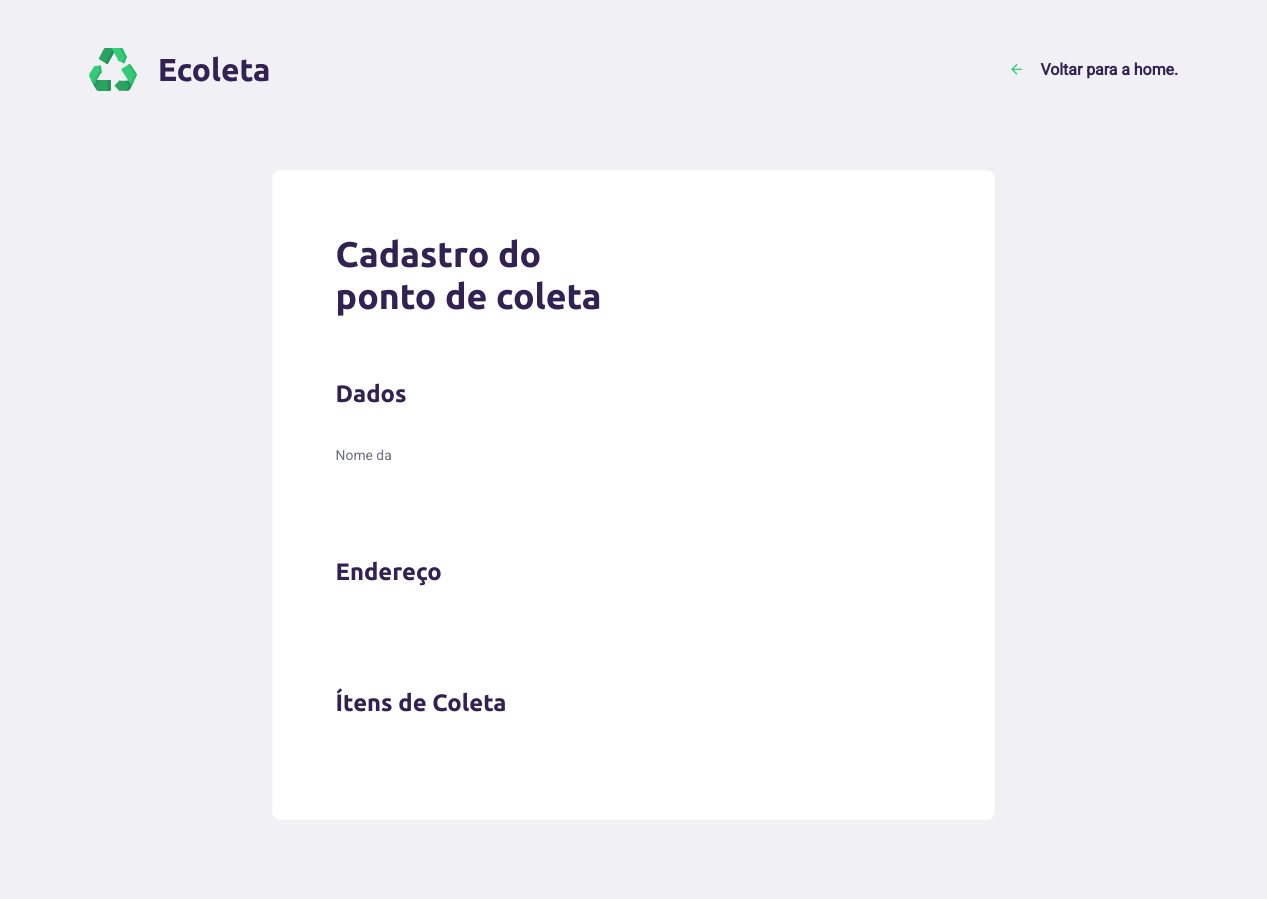
Repository: DavidSamerson/NLW_treinamento_2020
Page: /CreatePoint (app in webapp/)
These files come from the project's save history. The page is drawn as it stood at one moment and after the next save; the edit follows.
The browser window is 1280 px wide. The pictures show the whole page, at 99% of full size.
The project was rebuilt for these pictures with package versions that can differ from the ones it lists, and the page was loaded fresh each time. Also part of the build but not shown: webapp/src/pages/Home/styles.css, webapp/src/pages/Home/index.tsx.

Above is the page before, as saved 2020-06-16 15:19:33.

### webapp/public/index.html
<!DOCTYPE html>
<html lang="en">
  <head>
    <meta charset="utf-8" />
    <link rel="icon" href="%PUBLIC_URL%/favicon.ico" />
    <meta name="viewport" content="width=device-width, initial-scale=1" />
    <meta name="theme-color" content="#34CB79" />
    <link href="https://fonts.googleapis.com/css2?family=Roboto&family=Ubuntu:wght@700&display=swap" rel="stylesheet">
    <meta
      name="description"
      content="Web site created using create-react-app"
    />
    <link rel="apple-touch-icon" href="%PUBLIC_URL%/logo192.png" />
    <!--
      manifest.json provides metadata used when your web app is installed on a
      user's mobile device or desktop. See https://developers.google.com/web/fundamentals/web-app-manifest/
    -->
    <link rel="manifest" href="%PUBLIC_URL%/manifest.json" />
    <!--
      Notice the use of %PUBLIC_URL% in the tags above.
      It will be replaced with the URL of the `public` folder during the build.
      Only files inside the `public` folder can be referenced from the HTML.

      Unlike "/favicon.ico" or "favicon.ico", "%PUBLIC_URL%/favicon.ico" will
      work correctly both with client-side routing and a non-root public URL.
      Learn how to configure a non-root public URL by running `npm run build`.
    -->
    <title>React App</title>
  </head>
  <body>
    <noscript>You need to enable JavaScript to run this app.</noscript>
    <div id="root"></div>
    <!--
      This HTML file is a template.
      If you open it directly in the browser, you will see an empty page.

      You can add webfonts, meta tags, or analytics to this file.
      The build step will place the bundled scripts into the <body> tag.

      To begin the development, run `npm start` or `yarn start`.
      To create a production bundle, use `npm run build` or `yarn build`.
    -->
  </body>
</html>

### webapp/src/App.tsx
import React from 'react';
import './App.css';

import Home from './pages/Home';
import CreatePoint from './pages/CreatePoint';

import Routes from './routes';

//JSX -> sintaxe de xml dentro do javascript


function App() {

  return (
    <div>
        <Routes />
    </div>
  );
}

export default App;

//import React, {useState} from 'react';
//import Header from './header';


/*const [counter, setCounter] = useState(0); //[valor do estado / função para atualizar o valor do estado]
//Estado e Imutabilidade

function handleButton(){
    setCounter(counter + 1);
} */

// <Header title={`ECOLETA ${counter}`}/> -----> Passando variaveis via HTML

/*<Header title="ECOLETA 1"/>
        <Header title="ECOLETA 2"/>
        <Header title="ECOLETA 3"/>
        <Header title={`ECOLETA ${counter}`}/>

        <h1>{counter}</h1>
        <button type="button" onClick={handleButton}>Aumentar</button> */

### webapp/src/routes.tsx
import React from 'react';
import { Route, BrowserRouter } from 'react-router-dom';

import Home from './pages/Home';
import CreatePoint from './pages/CreatePoint';

const Routes = () => {
    return (
        <BrowserRouter>
            <Route component={Home} path="/" exact />
            <Route component={CreatePoint} path="/CreatePoint"/>
        </BrowserRouter>
    );
}
export default Routes;

### webapp/src/pages/CreatePoint/index.tsx
import React from 'react';
import './styles.css';
import logo from '../../assets/logo.svg';
import { Link } from 'react-router-dom';
import {FiArrowLeft} from 'react-icons/fi';

const CreatePoint = () => {
    return (
        <div id="page-create-point">
            <header>
                <img src={logo} alt="Ecoleta" />
                <Link to="/">
                    <FiArrowLeft />
                    Voltar para a home.
                </Link>
            </header>

            <form action="">
                <h1>Cadastro do <br /> ponto de coleta</h1>
                <fieldset>
                    <legend>
                        <h2>Dados</h2>
                    </legend>
                    <div className="field">
                        <label htmlFor="name">
                            Nome da
                        </label>
                    </div>
                </fieldset>

                <fieldset>
                    <legend>
                        <h2>Endereço</h2>
                    </legend>
                </fieldset>

                <fieldset>
                    <legend>
                        <h2>Ítens de Coleta</h2>
                    </legend>
                </fieldset>
            </form>
        </div>
    )
};

export default CreatePoint;

### webapp/src/pages/CreatePoint/styles.css
#page-create-point {
  width: 100%;
  max-width: 1100px;

  margin: 0 auto;
}

#page-create-point header {
  margin-top: 48px;

  display: flex;
  justify-content: space-between;
  align-items: center;
}

#page-create-point header a {
  color: var(--title-color);
  font-weight: bold;
  text-decoration: none;

  display: flex;
  align-items: center;
}

#page-create-point header a svg {
  margin-right: 16px;
  color: var(--primary-color);
}

#page-create-point form {
  margin: 80px auto;
  padding: 64px;
  max-width: 730px;
  background: #FFF;
  border-radius: 8px;

  display: flex;
  flex-direction: column;
}

#page-create-point form h1 {
  font-size: 36px;
}

#page-create-point form fieldset {
  margin-top: 64px;
  min-inline-size: auto;
  border: 0;
}

#page-create-point form legend {
  width: 100%;
  display: flex;
  justify-content: space-between;
  align-items: center;
  margin-bottom: 40px;
}

#page-create-point form legend h2 {
  font-size: 24px;
}

#page-create-point form legend span {
  font-size: 14px;
  font-weight: normal;
  color: var(--text-color);
}

#page-create-point form .field-group {
  flex: 1;
  display: flex;
}

#page-create-point form .field {
  flex: 1;

  display: flex;
  flex-direction: column;
  margin-bottom: 24px;
}

#page-create-point form .field input[type=text],
#page-create-point form .field input[type=email],
#page-create-point form .field input[type=number] {
  flex: 1;
  background: #F0F0F5;
  border-radius: 8px;
  border: 0;
  padding: 16px 24px;
  font-size: 16px;
  color: #6C6C80;
}

#page-create-point form .field select {
  -webkit-appearance: none;
  -moz-appearance: none;
  appearance: none;
  flex: 1;
  background: #F0F0F5;
  border-radius: 8px;
  border: 0;
  padding: 16px 24px;
  font-size: 16px;
  color: #6C6C80;
}

#page-create-point form .field input::placeholder {
  color: #A0A0B2;
}

#page-create-point form .field label {
  font-size: 14px;
  margin-bottom: 8px;
}

#page-create-point form .field :disabled {
  cursor: not-allowed;
}

#page-create-point form .field-group .field + .field {
  margin-left: 24px;
}

#page-create-point form .field-group input + input {
  margin-left: 24px;
}

#page-create-point form .field-check {
  flex-direction: row;
  align-items: center;
}

#page-create-point form .field-check input[type=checkbox] {
  background: #F0F0F5;
}

#page-create-point form .field-check label {
  margin: 0 0 0 8px;
}

#page-create-point form .leaflet-container {
  width: 100%;
  height: 350px;
  border-radius: 8px;
  margin-bottom: 24px;
}

#page-create-point form button {
  width: 260px;
  height: 56px;
  background: var(--primary-color);
  border-radius: 8px;
  color: #FFF;
  font-weight: bold;
  font-size: 16px;
  border: 0;
  align-self: flex-end;
  margin-top: 40px;
  transition: background-color 0.2s;
  cursor: pointer;
}

#page-create-point form button:hover {
  background: #2FB86E;
}

.items-grid {
  display: grid;
  grid-template-columns: repeat(3, 1fr);
  gap: 16px;
  list-style: none;
}

.items-grid li {
  background: #f5f5f5;
  border: 2px solid #f5f5f5;
  height: 180px;
  border-radius: 8px;
  padding: 32px 24px 16px;

  display: flex;
  flex-direction: column;
  justify-content: space-between;
  align-items: center;

  text-align: center;

  cursor: pointer;
}

.items-grid li span {
  flex: 1;
  margin-top: 12px;

  display: flex;
  align-items: center;
  color: var(--title-color)
}

.items-grid li.selected {
  background: #E1FAEC;
  border: 2px solid #34CB79;
}

Loaded but not shown: webapp/src/index.tsx (common file); webapp/src/App.css (common file)

After the next save:
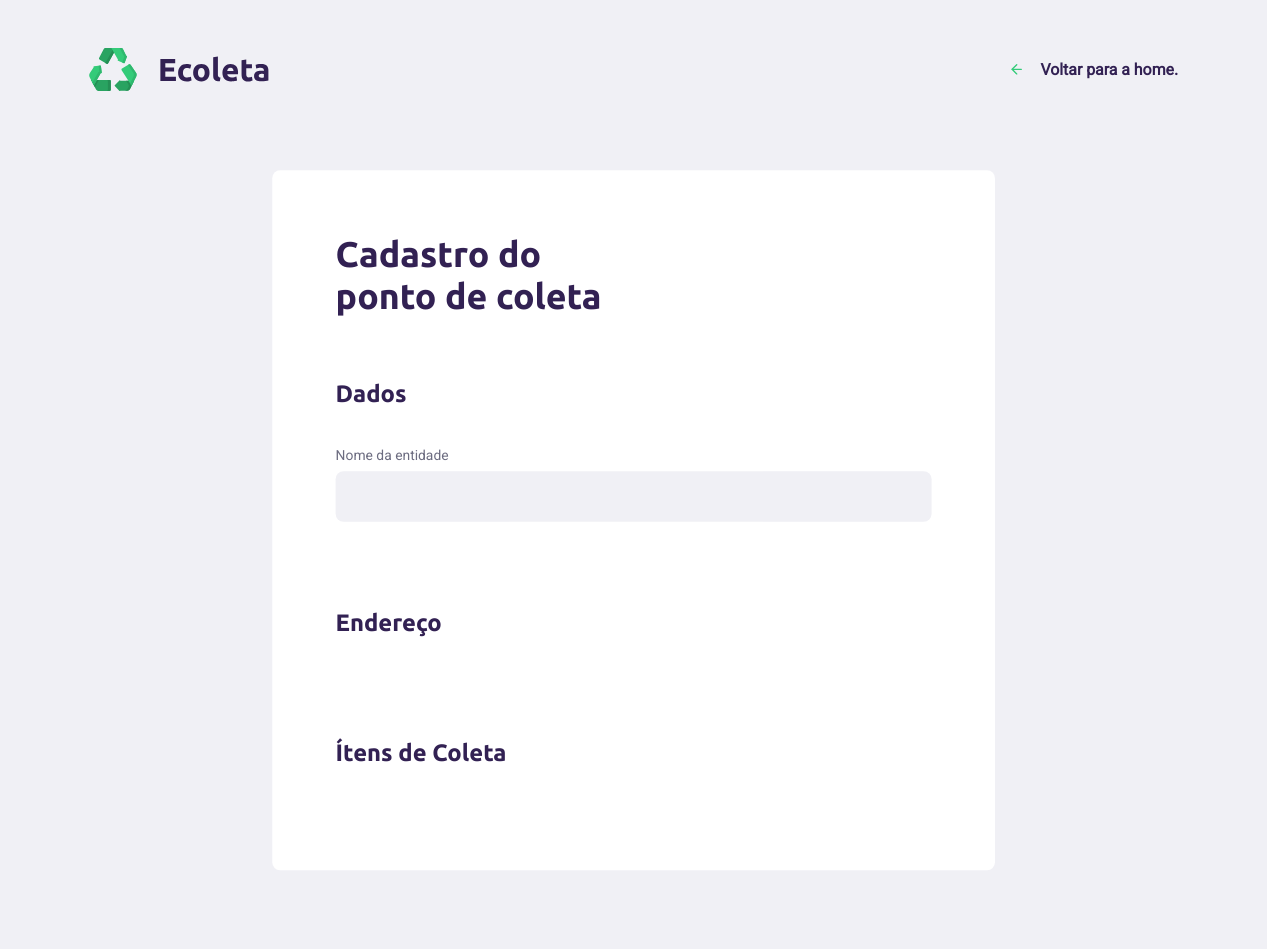
Saved 82 s later.
--- a/webapp/src/pages/CreatePoint/index.tsx
+++ b/webapp/src/pages/CreatePoint/index.tsx
@@ -23,8 +23,13 @@ const CreatePoint = () => {
                     </legend>
                     <div className="field">
                         <label htmlFor="name">
-                            Nome da
+                            Nome da entidade
                         </label>
+                        <input
+                            id="name"
+                            name="name"
+                            type="text"
+                        />
                     </div>
                 </fieldset>
 
